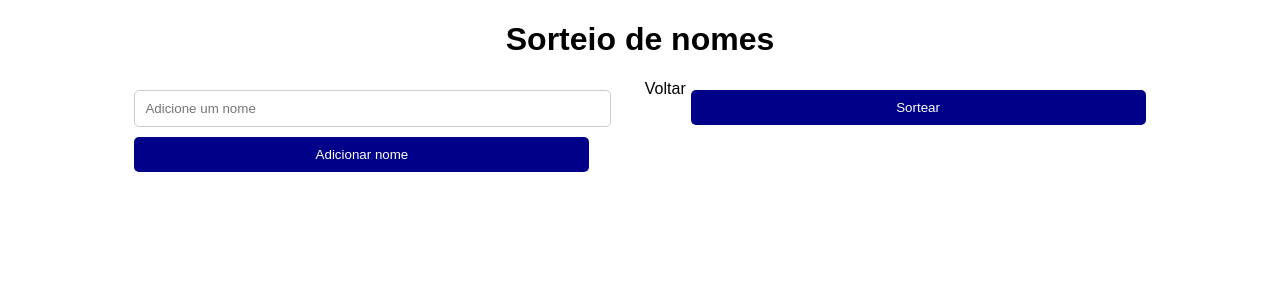
Repository: Matheus904-12/sorte
Page: sorteio-nomes.html
An editor plug-in stored every save of this project. The page is shown before and after the next save, followed by the edit.
The browser window is 1280 px wide. The pictures show the whole page.

Above is the page before, as saved 2023-09-10 19:32:09.

### sorteio-nomes.html
<!DOCTYPE html>
<html lang="pt-br">
<head>
  <meta charset="UTF-8">
  <meta name="viewport" content="width=device-width, initial-scale=1">
  <title>Sorteio de nomes</title>
  <style>
    body {
      font-family: Arial, sans-serif;
    }

    .container {
      width: 80%;
      margin: 0 auto;
      text-align: center;
    }

    h1 {
      font-size: 2em;
    }

    input, button {
      width: 100%;
      padding: 10px;
      margin-top: 10px;
      border: 1px solid #ccc;
      border-radius: 5px;
    }

    button {
      background-color: #008;
      color: #fff;
      border: none;
      cursor: pointer;
    }

    button:hover {
      background-color: #0056b3;
    }

    .box {
      width: 45%;
      margin-right: 5%;
      float: left;
    }

    .results {
      width: 45%;
      float: right;
    }

    .resultado {
      margin-top: 20px;
      font-size: 1.5em;
    }

    ul {
      list-style-type: none;
      padding: 0;
    }

    li {
      display: inline-block;
      font-size: 1.2em;
      margin: 5px;
      padding: 5px 10px;
      background-color: #f0f0f0;
      border-radius: 5px;
    }

    a {
      color: #000;
      text-decoration: none;
    }

    a:hover {
      text-decoration: underline;
    }
  </style>
</head>
<body>
  <div class="container">
    <h1>Sorteio de nomes</h1>
    <div class="box">
      <input type="text" id="nome" placeholder="Adicione um nome" class="form-control">
      <button id="adicionar">Adicionar nome</button>
    </div>
    <div class="results">
      <button id="sortear">Sortear</button>
      <div id="resultado"></div>
    </div>
    <ul id="nomes"></ul>
    <a href="index.html">Voltar</a>
  </div>

  <script>
    function registrarNome() {
      var nome = document.querySelector("#nome").value;

      if (nome === "") {
        alert("O nome não pode ser vazio.");
        return;
      }

      var li = document.createElement("li");
      li.textContent = nome;

      var nomes = document.querySelector("#nomes");
      nomes.appendChild(li);
    }

    function sortear() {
      var len = document.querySelector("#nomes").children.length;

      if (len > 0) {
        var index = Math.floor(Math.random() * len);
        var nome = document.querySelector("#nomes").children[index].textContent;
        document.querySelector("#resultado").textContent = nome;
      } else {
        alert("Adicione nomes antes de sortear.");
      }
    }

    document.querySelector("#adicionar").addEventListener("click", registrarNome);
    document.querySelector("#sortear").addEventListener("click", sortear);
  </script>
</body>
</html>

After the next save:
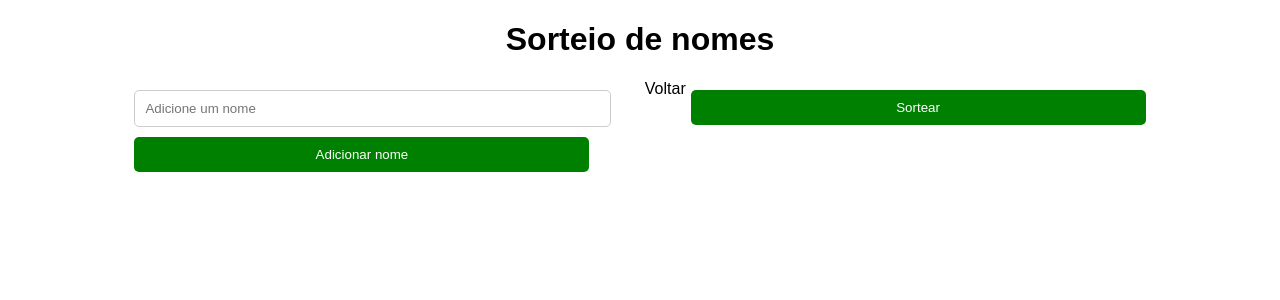
Saved 6 s later.
--- a/sorteio-nomes.html
+++ b/sorteio-nomes.html
@@ -28,7 +28,7 @@
     }
 
     button {
-      background-color: #008;
+      background-color: #008000;
       color: #fff;
       border: none;
       cursor: pointer;
